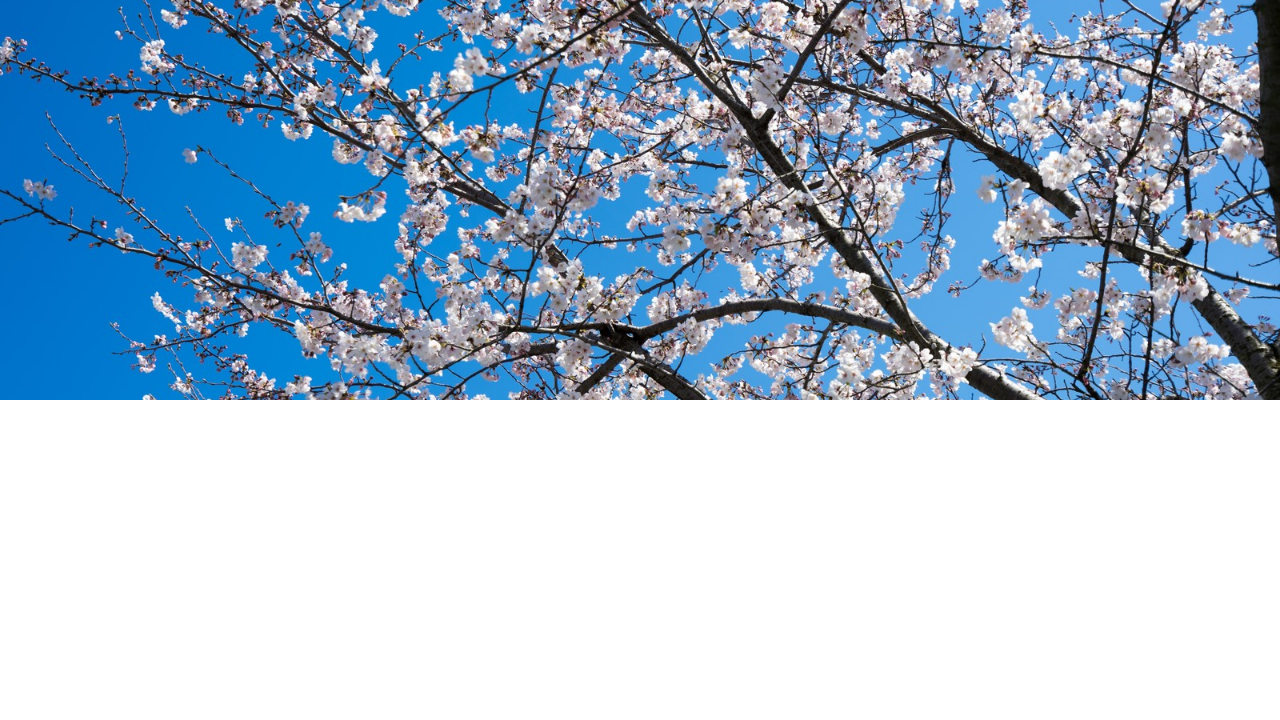
Repository: pooh0721/-
Page: sample6/chapter6.html
The author's editor kept a record of every edit. The page is drawn from the files as they stood at one moment, then again after the next edit.
The browser window is 1280 px wide. The pictures show the whole page.

Above is the page before.

### sample6/chapter6.html

<!DOCTYPE html>
<html lang="ja">
  <head>
    <meta charset="utf-8" />
    <link rel="stylesheet" href="style.css" />
    <title>chapte6</title>
  </head>

  <body>

      <div class=img1></div>
      <div class=img2></div>
      <div class=img3></div>
      <div class=img4></div>


  </body>
</html>

### sample6/style.css
/* ブラウザがそれぞれ持っているCSSをリセットするための記述 */
* {
  margin: 0;
  padding: 0;
  box-sizing: border-box;
}

.img1 {
  width: 100%;
  height: 400px;
  background-image: url(img/box1.jpg);
  background-size: cover;
  background-position: center;

}

.content {
  width: 100%;
  height: 200px;
  background-color: rgba(255,255,255,0.5);


}

After the next edit:
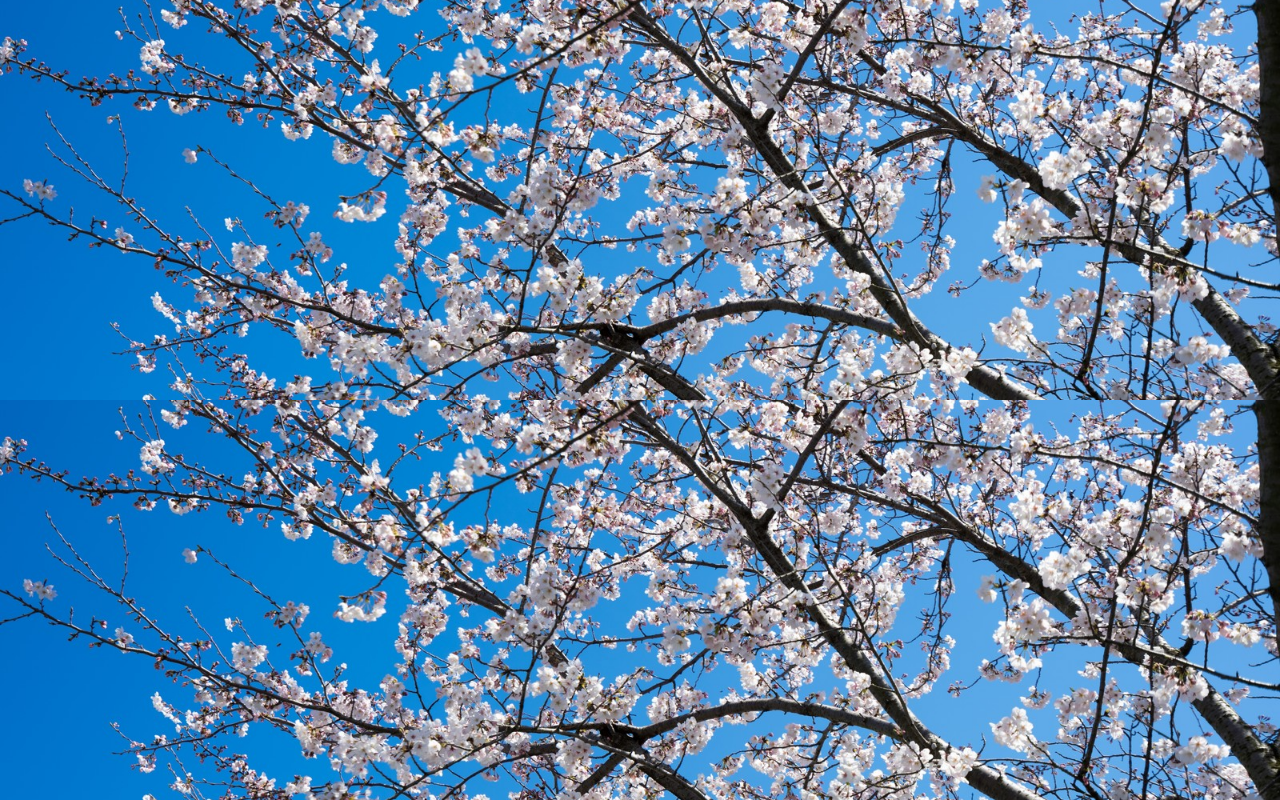
The edit:
--- a/sample6/style.css
+++ b/sample6/style.css
@@ -21,3 +21,21 @@
 
 
 }
+
+.img1 {
+  width: 100%;
+  height: 400px;
+  background-image: url(img/box1.jpg);
+  background-size: cover;
+  background-position: center;
+
+}
+
+.img3 {
+  width: 100%;
+  height: 400px;
+  background-image: url(img/box1.jpg);
+  background-size: cover;
+  background-position: center;
+
+}
